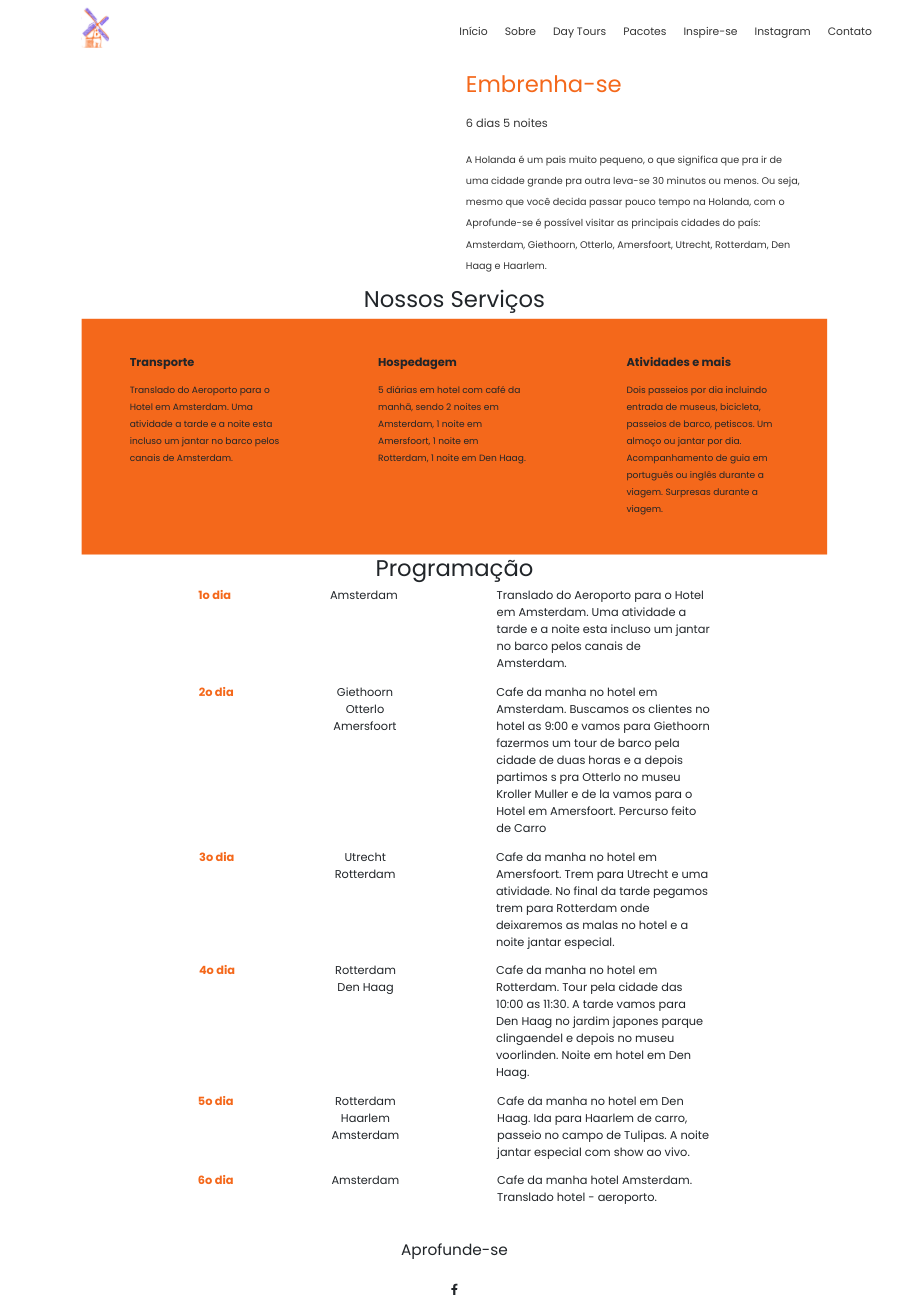
Repository: yurirech/aprofunde-se
Page: /packages/embrenhe-se
The author's editor kept a copy of each file at every save. The page is drawn from the files as they stood at one save, then again after the next save.
The browser window is 1280 px wide. The pictures show the whole page, at 71% of full size.
Some web libraries are served in a nearby version. The project was rebuilt for these pictures with package versions that can differ from the ones it lists, and the page was loaded fresh each time. Also part of the build but not shown: src/pages/Home/home-header/home-header.styles.js, src/pages/Home/home-header/home-header.component.jsx, src/pages/Home/home.data.js, src/components/SharedComponents/centrilized-section/centrilized-section.styles.js, src/components/SharedComponents/centrilized-section/centrilized-section.component.jsx, src/pages/Home/home.styles.js, src/components/SharedComponents/CarouselWithArrows/CarouselWithArrowsStyled.js, src/components/SharedComponents/CarouselWithArrows/CarouselWithArrows.jsx and 16 more.

Above is the page before, as saved 2020-06-03 18:31:41.

After the next save:
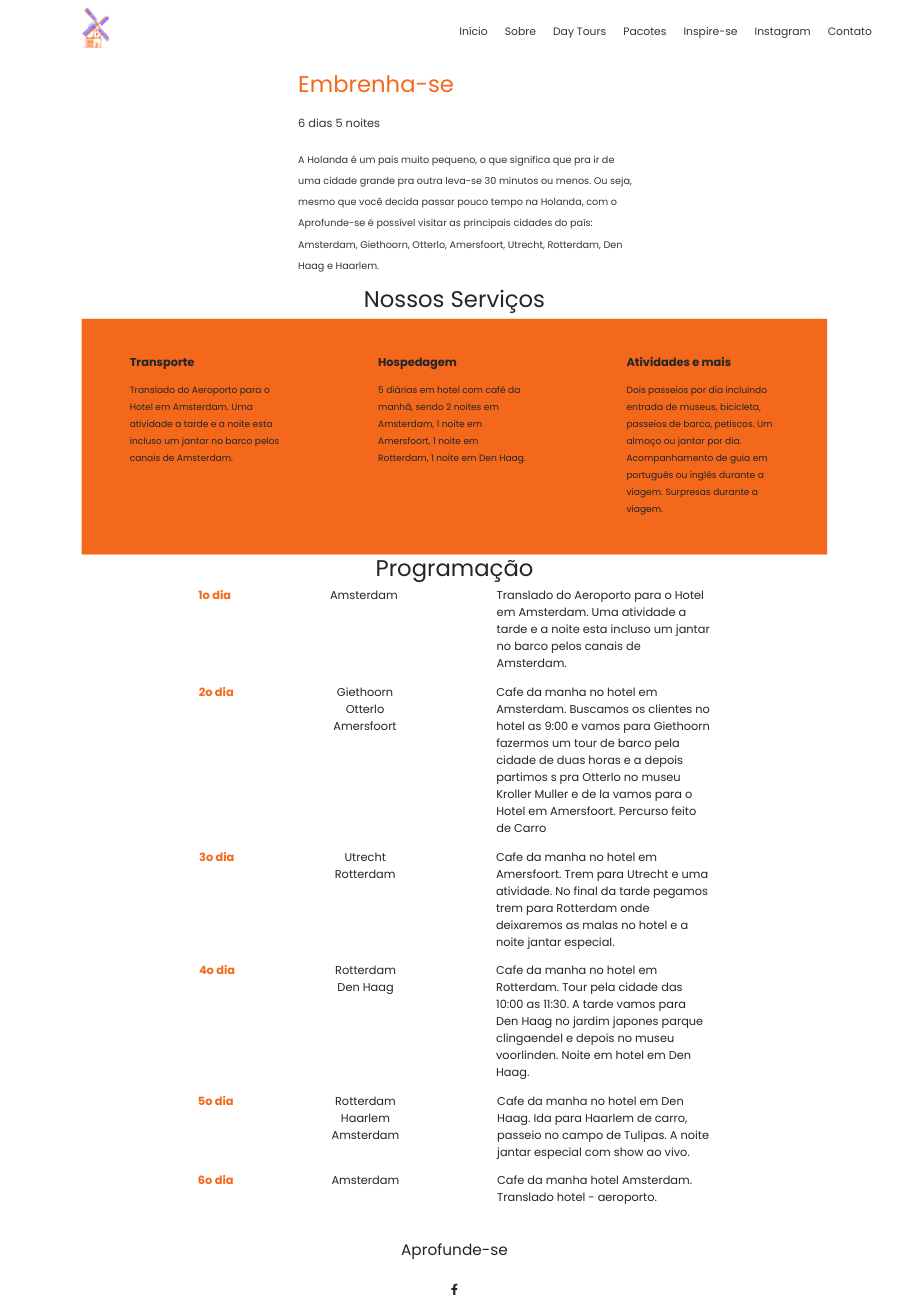
Saved 7 s later.
--- a/src/components/package-details/package-details.styles.js
+++ b/src/components/package-details/package-details.styles.js
@@ -27,8 +27,8 @@
 `;
 
 export const ImageWrapper = styled.div`
-  width: 45%;
-  min-width: 25rem;
+  /* width: 45%;
+  min-width: 25rem; */
   max-height: 36.25rem;
 
   img {

After the 3 saves that followed:
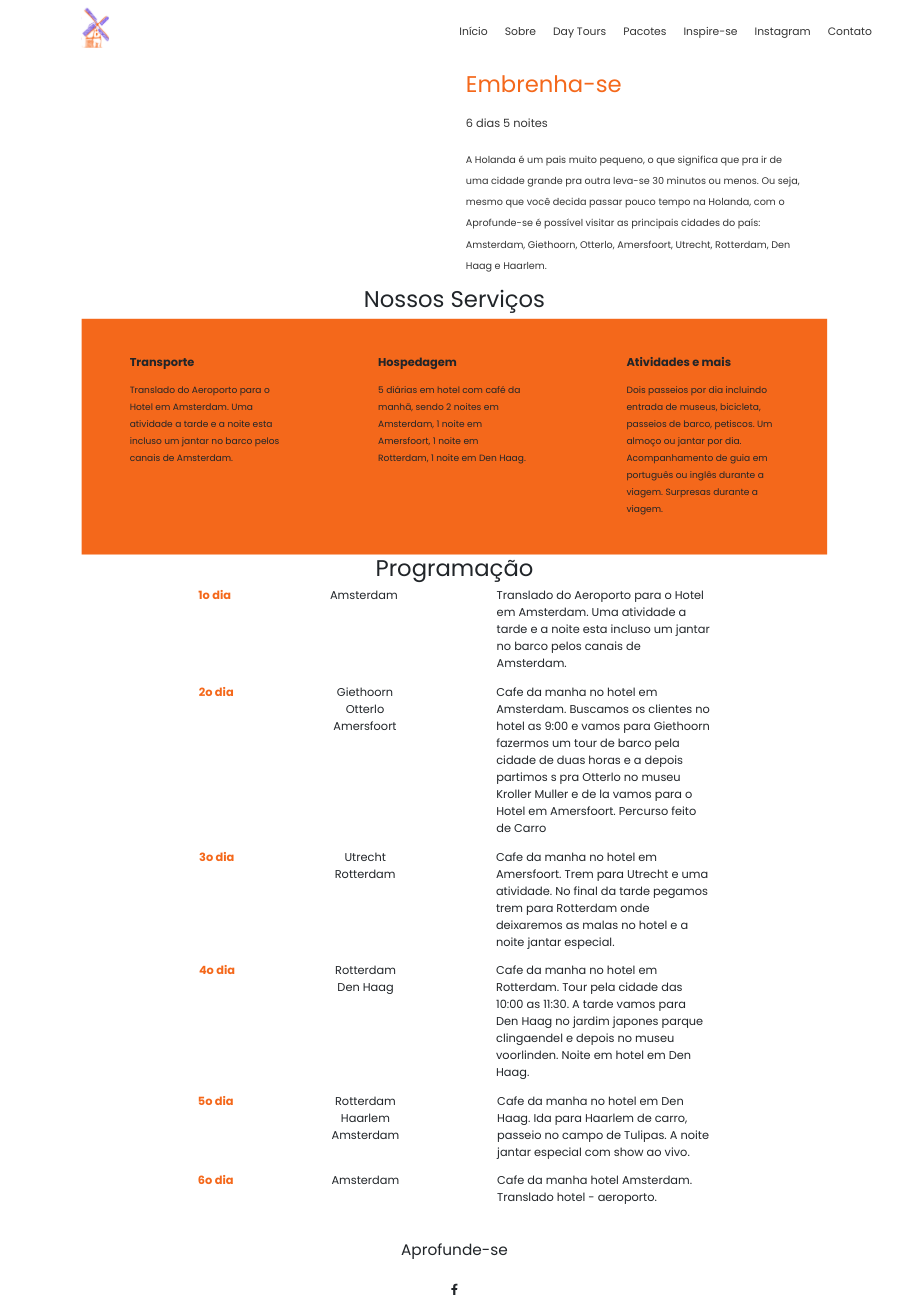
The 3 saves are shown as one change because they came seconds apart.
The last was saved 24 s later.
--- a/src/components/package-details/package-details.styles.js
+++ b/src/components/package-details/package-details.styles.js
@@ -27,9 +27,9 @@
 `;
 
 export const ImageWrapper = styled.div`
-  /* width: 45%;
-  min-width: 25rem; */
-  max-height: 36.25rem;
+  width: 45%;
+  min-width: 25rem;
+  /* max-height: 36.25rem */
 
   img {
      max-width: 100%;
